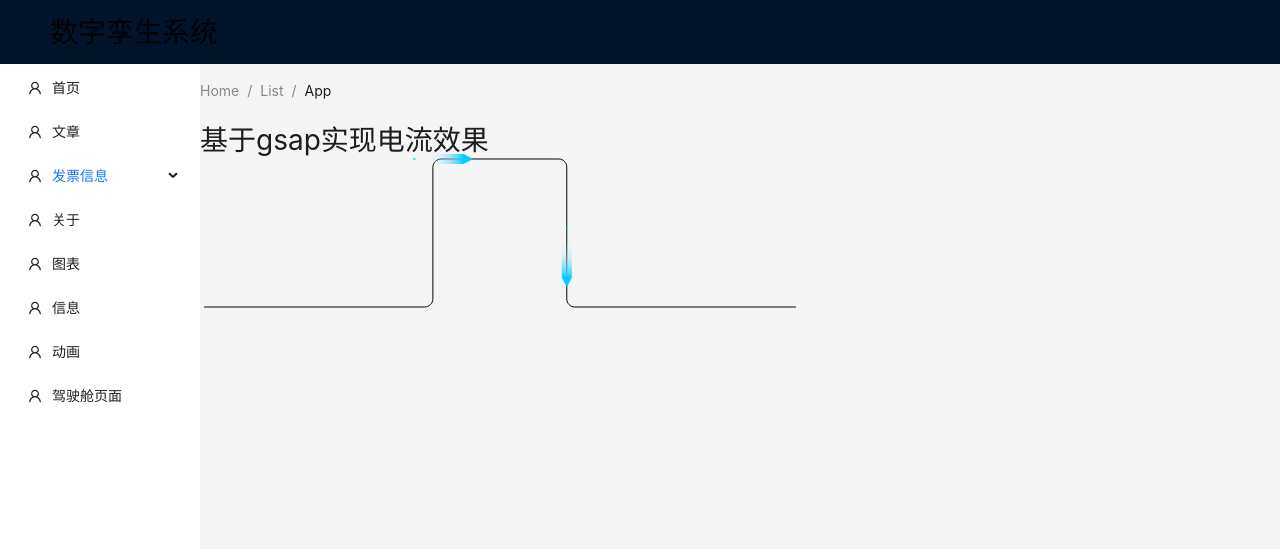
Repository: HailiePan/webpack-react-practice
Page: /animation
The author's editor kept a copy of each file at every save. The page is drawn from the files as they stood at one save, then again after the next save.
The browser window is 1280 px wide. The pictures show the whole page.
The project was rebuilt for these pictures with package versions that can differ from the ones it lists, and the page was loaded fresh each time. Also part of the build but not shown: src/pages/Animation/component/ScrollAnimation/index.jsx, src/pages/Home.jsx, src/pages/Invoices/index.jsx, src/pages/Invoices/Invoice.jsx, src/pages/Invoices/Pending.jsx, src/pages/Invoices/Complete.jsx, src/components/CommonBox/index.less, src/components/CommonBox/index.jsx and 27 more.

Above is the page before, as saved 2024-01-24 15:32:26.

After the next save:
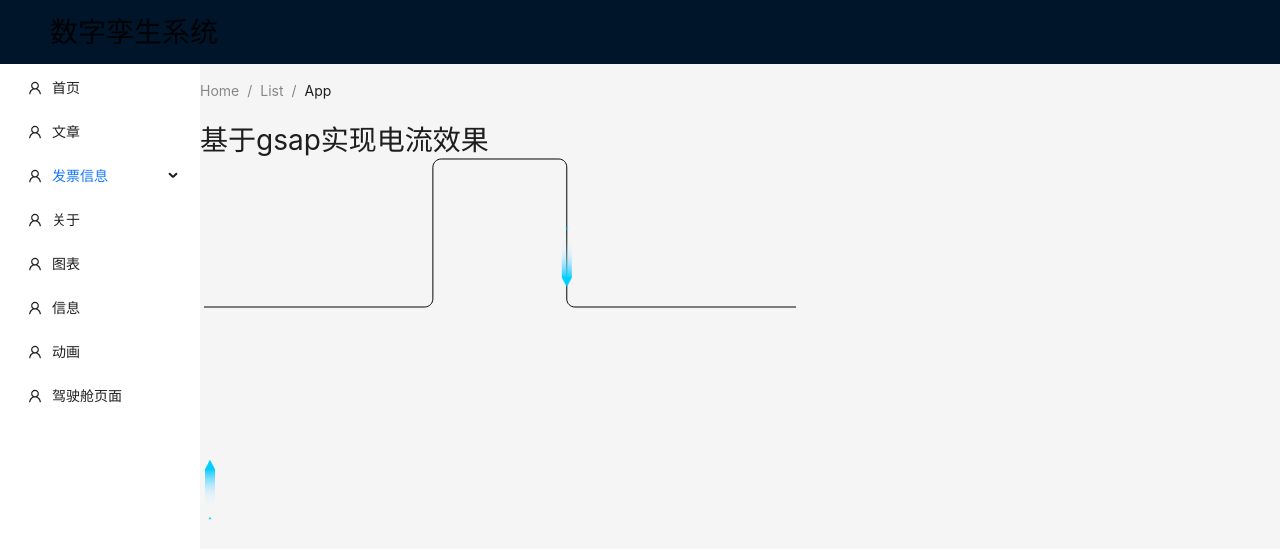
Saved 24 s later.
--- a/src/pages/Animation/component/ImitateElectricity/index.jsx
+++ b/src/pages/Animation/component/ImitateElectricity/index.jsx
@@ -22,7 +22,7 @@ export default function ImitateElectricity() {
 
     gsap.set([jiantou.current, jiantou2.current], { scale: 0.5, autoAlpha: 1 });
 
-    tl.to([jiantou.current, jiantou2.current], {
+    tl.to([jiantou.current], {
       duration: 8,
       ease: 'none',
       immediateRender: true,
